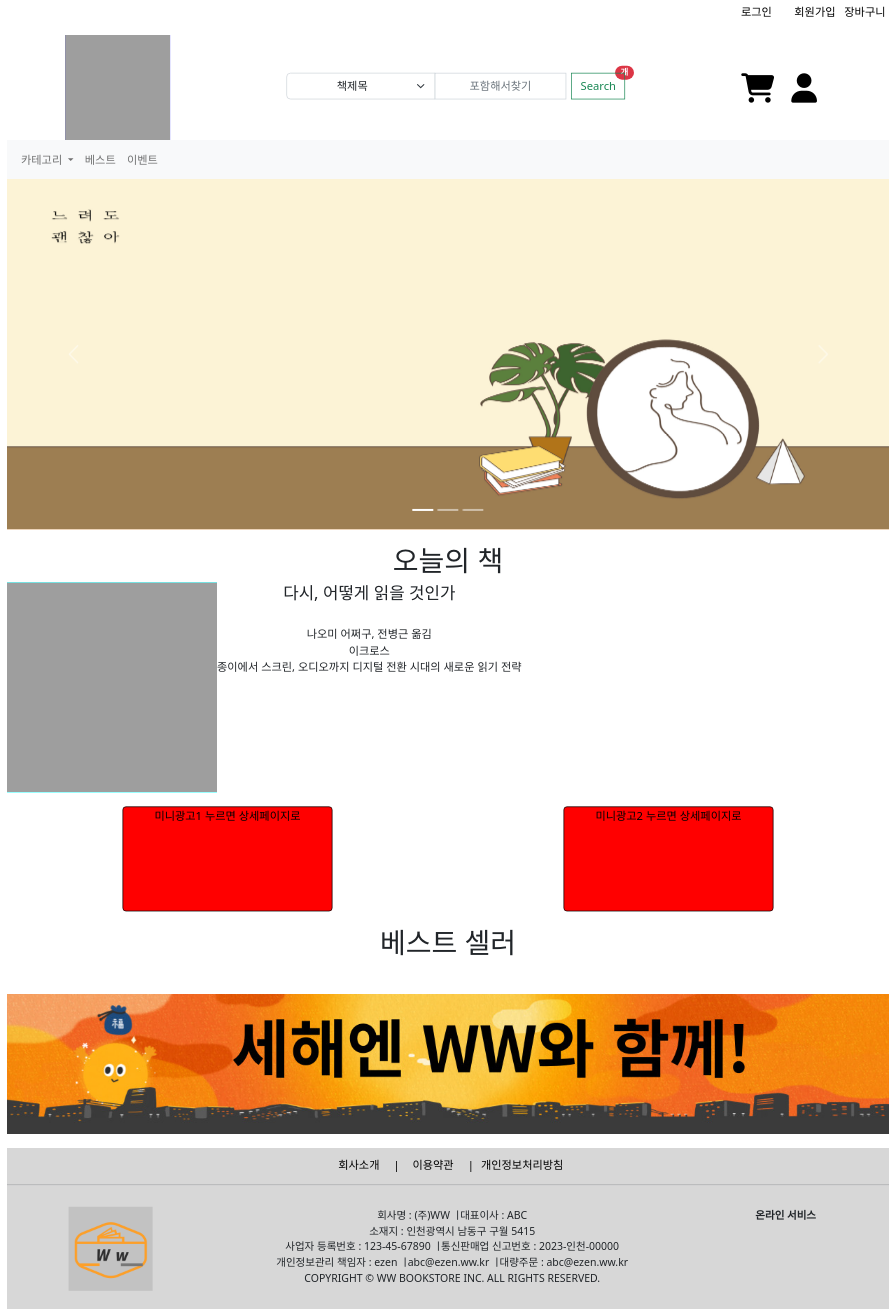
Repository: bongbongi/book1
Page: http://localhost/book/WEB-INF/views/home.jsp
An editor plug-in stored every save of this project. The page is shown before and after the next save, followed by the edit.
The browser window is 1280 px wide. The pictures show the whole page, at 70% of full size.
Pictures or frames that could not be fetched are drawn as grey boxes. Some web libraries are served in a nearby version. The page is served by Tomcat 9. Nobody is signed in. Other server files are loaded and not shown. The template is opened directly, without the code that normally fills it, so the values that code supplies are empty.

Above is the page before, as saved 2023-01-09 16:53:02.

### book/src/main/webapp/WEB-INF/views/home.jsp
<%@ page language="java" contentType="text/html; charset=UTF-8"
	pageEncoding="UTF-8"%>
<%@ taglib uri="http://java.sun.com/jsp/jstl/core" prefix="c"%>
<%@ page import="java.net.URLEncoder"%>
<%@ page import="java.net.URL"%>
<%@ page import="java.net.HttpURLConnection"%>
<%@ page import="java.io.BufferedReader"%>
<%@ page import="java.io.InputStreamReader"%>

<html>
<!-- CSS only -->
<link
	href="https://cdn.jsdelivr.net/npm/bootstrap@5.2.2/dist/css/bootstrap.min.css"
	rel="stylesheet"
	integrity="sha384-Zenh87qX5JnK2Jl0vWa8Ck2rdkQ2Bzep5IDxbcnCeuOxjzrPF/et3URy9Bv1WTRi"
	crossorigin="anonymous">
<!-- JavaScript Bundle with Popper -->
<script
	src="https://cdn.jsdelivr.net/npm/bootstrap@5.2.2/dist/js/bootstrap.bundle.min.js"
	integrity="sha384-OERcA2EqjJCMA+/3y+gxIOqMEjwtxJY7qPCqsdltbNJuaOe923+mo//f6V8Qbsw3"
	crossorigin="anonymous"></script>
<script src="https://kit.fontawesome.com/92e616dfba.js" crossorigin="anonymous"></script>
<meta charset="UTF-8">
<head>
<title>Home</title>
<style>
* {
	text-align: center;
}

.home_main {
	margin:0 auto;
	width: 1260px;
}

body {


}

.slide {
	background-color: peru;
	margin: 0 auto;
	width: 1260px;
	height: 500px;
}

.todayBookImg {
	width: 300px;
	height: 300px;
	background-color: aqua;
}

.todayBookImg>img {
	width: 300px;
	height: 300px;
}

.todayBook {
	margin: 20px 0;
}

.todayBookIntroduce {
	margin: 0 auto;
	display: flex;
}

.Best_item {
	width: 230px;
	height: 310px;
	/* background-color: antiquewhite; */
	display: inline-block;
	vertical-align: top;
	margin-right: 10px;
	margin-bottom: 50px;

	border:1px solid darkgray;
	border-radius: 20px;
}

.img_box {
	width: 220px;
	height: 200px;
	/* background-color: lightgray; */
	margin: 5px;
}
.book_img{
	width: 180px;
	height: 200px;
}
.main_book_header{
	font-size:16px;
}
.main_book_writer{
	font-size:10px;
}

.BestSellerList {
	list-style: none;

	padding:0px;
	/* display: -moz-inline-box; */
}

.BestSellerList:nth-last-child(-n+5) {
	margin-top: 50px;
}

.bestSeller {
	/* display: flex; */

}

.d-block {
	height: 500px;
}
.rank>i{
	margin:5px;
	padding:0;

	text-align: center;
 /* 	text-align: left; */
}
.fa-1{
 font-size:15px;
 	margin-left:8px;
}
.foot-ad{
	background-color: purple;
	height: 200px;
	margin: 20px 0px;
}
.foot-ad>a>img{
	height: 200px;
}
.ad-one{
	margin: 20px 0;
	height: 150px;
	display: flex;
	justify-content: space-around;
}
.ad_mini_1,
.ad_mini_2{
	width: 300px;
	height:150px;
	background-color: red;
	border : 1px solid black;
	border-radius: 5px;
}
</style>
</head>
<body>
	<jsp:include page="./layout/header.jsp"></jsp:include>


	<div class="home_main">
		<nav class="navbar navbar-expand-lg bg-light">
			<div class="container-fluid">
				<!-- <a class="navbar-brand" href="#">Navbar</a> -->
				<button class="navbar-toggler" type="button"
					data-bs-toggle="collapse" data-bs-target="#navbarSupportedContent"
					aria-controls="navbarSupportedContent" aria-expanded="false"
					aria-label="Toggle navigation">
					<span class="navbar-toggler-icon"></span>
				</button>
				<div class="collapse navbar-collapse" id="navbarSupportedContent">
					<ul class="navbar-nav me-auto mb-2 mb-lg-0">
						<!-- <li class="nav-item">
                <a class="nav-link active" aria-current="page" href="#">이벤트</a>
              </li> -->
						<li class="nav-item dropdown"><a
							class="nav-link dropdown-toggle" href="#" role="button"
							data-bs-toggle="dropdown" aria-expanded="false"> 카테고리 </a>
							<ul class="dropdown-menu">
								<li><a class="dropdown-item" href="#">소설</a></li>
								<li><a class="dropdown-item" href="#">에세이</a></li>
								<li><hr class="dropdown-divider"></li>
								<li><a class="dropdown-item" href="#">문제집</a></li>
							</ul></li>
						<li class="nav-item"><a class="nav-link" href="#">베스트</a></li>
						<li class="nav-item"><a class="nav-link" href="#">이벤트</a></li>
					</ul>
				</div>
			</div>
		</nav>
		<div class="slide">
			<div id="carouselExampleCaptions" class="carousel slide"
				data-bs-ride="false">
				<div class="carousel-indicators">
					<button type="button" data-bs-target="#carouselExampleCaptions"
						data-bs-slide-to="0" class="active" aria-current="true"
						aria-label="Slide 1"></button>
					<button type="button" data-bs-target="#carouselExampleCaptions"
						data-bs-slide-to="1" aria-label="Slide 2"></button>
					<button type="button" data-bs-target="#carouselExampleCaptions"
						data-bs-slide-to="2" aria-label="Slide 3"></button>
				</div>
				<div class="carousel-inner">
					<div class="carousel-item active">
						<img
							src="../resources/img/main-slide-ad1.jpg"
							class="d-block w-100" alt="...">
					</div>
					<div class="carousel-item">
						<img
							src="../resources/img/main-slide-ad2.jpg"
							class="d-block w-100" alt="...">
					</div>
					<div class="carousel-item">
						<img
							src="../resources/img/main-slide-ad3.jpg"
							class="d-block w-100" alt="...">
					</div>
				</div>
				<button class="carousel-control-prev" type="button"
					data-bs-target="#carouselExampleCaptions" data-bs-slide="prev">
					<span class="carousel-control-prev-icon" aria-hidden="true"></span>
					<span class="visually-hidden">Previous</span>
				</button>
				<button class="carousel-control-next" type="button"
					data-bs-target="#carouselExampleCaptions" data-bs-slide="next">
					<span class="carousel-control-next-icon" aria-hidden="true"></span>
					<span class="visually-hidden">Next</span>
				</button>
			</div>
		</div>
		<div class="todayBook">
			<h1>오늘의 책</h1>
			<div class="todayBookIntroduce">
				<div class="todayBookImg">
					<img
						src="https://contents.kyobobook.co.kr/sih/fit-in/458x0/pdt/9791167740847.jpg">
				</div>
				<div>
					<h4>다시, 어떻게 읽을 것인가</h4><br>
					<span>나오미 어쩌구, 전병근 옮김</span><br>
					<span>이크로스</span><br>
					<span>
						종이에서 스크린, 오디오까지 디지털 전환 시대의 새로운 읽기 전략
					</span><br>

				</div>
			</div>
		</div>
		<div class="ad-one">
			<div class="ad_mini_1"><a href="#">미니광고1 누르면 상세페이지로</a></div>
			<div class="ad_mini_2"><a href="#">미니광고2 누르면 상세페이지로</a></div>
		</div>
		<h1>베스트 셀러</h1>
		<div class="BestSeller">
			<ul class="BestSellerList">
			<c:forEach items="${book_list}" var="list" begin="1" end="10">
				<li class="Best_item">
					<div class="rank">
						<i class="fa-solid fa-1"></i>
					</div>
					<div class="img_box">
						<a href="#">
							<img class="book_img" src="${list.book_image}">
						</a>
					</div>
					<div class="info_box">
						<span class="main_book_header">${list.book_title}</span>
						<Br>
						<span class="main_book_writer">${list.book_writer} : ${list.book_publisher}</span>
					</div>
				</li>
			</c:forEach>


			</ul>


		</div>
		<!-- 광고 -->
		<div class="foot-ad">
			<a href="#">
				<img src="../resources/img/newYearAD.jpg">
			</a>
		</div>
	</div>
	<jsp:include page="./layout/footer.jsp"></jsp:include>
</body>
</html>

### book/src/main/webapp/WEB-INF/views/layout/header.jsp
<%@ page language="java" contentType="text/html; charset=UTF-8" pageEncoding="UTF-8"%>
<%@ taglib uri="http://java.sun.com/jsp/jstl/core" prefix="c"%>
<link href="https://cdn.jsdelivr.net/npm/bootstrap@5.2.2/dist/css/bootstrap.min.css" rel="stylesheet" integrity="sha384-Zenh87qX5JnK2Jl0vWa8Ck2rdkQ2Bzep5IDxbcnCeuOxjzrPF/et3URy9Bv1WTRi" crossorigin="anonymous">
<script src="https://kit.fontawesome.com/92e616dfba.js" crossorigin="anonymous"></script>
<meta charset="UTF-8">
<!DOCTYPE html>
<html>
<head>
<style>
.header {
   margin: 0 auto;
   width: 1260px;
   height: 200px;
}

.menu {
   display: flex;
   justify-content: flex-end;
   padding: 5px;
}

.logo {
   width: 150px;
   height: 150px;
   background-color: blue;
}

.logo>a>img {
   width: 150px;
   height: 150px;
}

.searchBar {
   /* position:absolute; */
   width: 484px;
   height: 42px;
   /* background-color: gold; */
   margin-top: 54px;
   border-radius: 30px;
}

.bar {
   height: 150px;
   display: flex;
   flex-direction: row;
   flex-wrap: nowrap;
   justify-content: space-around;
   /*    align-items: baseline; */
}

.icons>a>i {
   font-size: 42px;
   color: black;
   margin-top: 54px;
   margin-right: 20px;
}
</style>
</head>
<body>
   <div class="header">
      <div class="menu">
         <c:if test="${ses.mem_id ==null}">
            <ul>
               <a href="/mem/loginPage">로그인</a>
            </ul>
            <ul>
               <a href="/mem/joinPage">회원가입</a>
            </ul>
         </c:if>
         <c:if test="${ses.mem_auth == '0' }">
            <ul>
               <a href="/mem/logOut">로그아웃</a>
            </ul>
            <ul>
               <a href="/mem/adminPage">관리인페이지</a>
            </ul>
         </c:if>
         <c:if test="${ses.mem_id !=null && ses.mem_auth !='0' }">
            <ul>
               <a href="/mem/logOut">로그아웃</a>
            </ul>
            <ul>
               <a href="/mem/mypage">마이페이지</a>
            </ul>
         </c:if>
         <%-- <ul>
            <a href="/cart/cartdetail?mem_num=${ses.mem_num}">장바구니</a>
         </ul> --%>
         <c:if test="${ses.mem_id !=null}">
         <ul>
            <a href="/cart/cartdetail?mem_num=${ses.mem_num}">장바구니</a>
         </ul>
         </c:if>
         <c:if test="${ses.mem_id == null}">
               <a href="/mem/loginPage" onclick="gologin(event)">&nbsp&nbsp&nbsp장바구니</a>
         </c:if>
      </div>
      <div class="bar">
         <div class="logo">
            <a href="/"><img src="/resources/img/logo.jpg" alt="로고"></a>
         </div>
         <div class="searchBar">
            <form action="/book/search" class="d-flex" role="search" method="get">
               <div class="input-group mb-3">
                  <!-- 값을 별도 저장 -->
                  <c:set value="${pgh.pgvo.type}" var="typed" />
                  <select class="form-select" name="type">
                     <option value="t" ${typed eq 't' ? 'selected' :'' }>책제목</option>
                     <option value="c" ${typed eq 'c' ? 'selected' :'' }>작가이름</option>
                     <option value="w" ${typed eq 'w' ? 'selected' :'' }>출판사</option>
                  </select> <input class="form-control me-2" type="text" name="keyword" placeholder="포함해서찾기"> <input type="hidden" name="pageNo" value="1"> <input type="hidden" name="qty" value="10">
                  <button class="btn btn-outline-success" type="submit">Search</button>
                  <span class="position-absolute top-0 start-100 translate-middle badge rounded-pill bg-danger"> ${pgh.totalCount}개 <span class="visually-hidden">unread messages</span>
                  </span>
               </div>
            </form>
         </div>
         <div class="icons">
            <!-- 로그인 되었을때 -->
            <c:if test="${ses.mem_id !=null}">
            <a href="/cart/cartdetail?mem_num=${ses.mem_num}">
               <i class="fa-solid fa-cart-shopping"></i>
            </a>
            </c:if>
            <!-- 로그인 안되었을때 -->
            <c:if test="${ses.mem_id == null}">
            <a href="/mem/loginPage" onclick="gologin(event)">
               <i class="fa-solid fa-cart-shopping"></i>
            </a>
            </c:if>

            <c:if test="${ses.mem_auth == '0' }">
               <a href="/mem/adminPage">
                  <i class="fa-solid fa-user"></i>
               </a>
            </c:if>
            <c:if test="${ses.mem_auth != '0' }">
               <a href="/mem/mypage">
                  <i class="fa-solid fa-user"></i>
               </a>
            </c:if>

         </div>
      </div>
   </div>

   <script type="text/javascript">
      function gologin(event) {
         alert("로그인이 필요합니다!");
      }
      </script>
</body>
</html>

### book/src/main/webapp/WEB-INF/views/layout/footer.jsp
<%@ page language="java" contentType="text/html; charset=UTF-8"
   pageEncoding="UTF-8"%>
   <%@ taglib uri="http://java.sun.com/jsp/jstl/core" prefix="c"%>
<!DOCTYPE html>
<html>
<head>
<meta charset="UTF-8">
<title>Insert title here</title>
<style>
.footer {
   width: 1260px;
   height: 230px;
   background-color: rgba(175, 175, 175, 0.5);
   margin: 0 auto;
}

.footer-logo {

   width: 120px;
   height: 120px;
   background-color: beige;
}
.footer-logo>img{
   width: 120px;
   height: 120px;
}

.address-box {
   text-align: left;
   padding: 0;
   margin: 0;
}

.address {
   padding: 15px;
   height: 150px;
   display: flex;
   font-size: 15px;
   /* align-items: baseline; */
   flex-direction: row;
   flex-wrap: nowrap;
   justify-content: space-around;
}

ul {
   list-style: none;
}

.footer, .address li {

}

.footer-top {
   text-align: center;
   padding-top: 12px;
}

.footer-top>ul {
   margin: 0;
   padding: 0;
   display: flex;
   justify-content: center;
}

.footer-top>li {
   margin: 0;
   padding: 0;
}

a {
   text-decoration-line: none;
   color: black;
}

a:visited {
   text-decoration: none;
}

a:hover {
   text-decoration: none;
}

a:focus {
   text-decoration: none;
}

a:hover, a:active {
   text-decoration: none;
}

.online-serviceBar {
   padding: 0px;
   margin-left: 20px;
   width: 120px;
   height: 120px;
}

.online-serviceBar>ul {
   margin: 0px;
   padding: 0px;
}

</style>

</head>

<body>
   <div class="footer">
      <div class="footer-top">
         <ul>
            <li><a href="/introduce">회사소개 　|　 </a></li>
            <li><a href="/tos">이용약관 　| 　</a></li>
            <li><a href="/pp">개인정보처리방침</a></li>
         </ul>
      </div>
      <hr>
      <div class="address">
         <div class="footer-logo">
            <img src="../resources/img/logo2.png" alt="로고">
         </div>
         <div class="address-box">
            <ul>
               <li>회사명 : (주)WW <span style="margin-right: -7px;">ㅣ</span>
                  대표이사 : ABC
               </li>

               <li>소재지 : 인천광역시 남동구 구월 5415</li>
               <li>사업자 등록번호 : 123-45-67890 <span style="margin-right: -7px;">ㅣ</span>
                  통신판매업 신고번호 : 2023-인천-00000
               </li>

               <li>개인정보관리 책임자 : ezen <span style="margin-right: -7px;">ㅣ</span>
                  abc@ezen.ww.kr <span style="margin-right: -7px;">ㅣ</span> 대량주문 :
                  abc@ezen.ww.kr
               </li>

               <li>COPYRIGHT © WW BOOKSTORE INC. ALL RIGHTS RESERVED.</li>

            </ul>

         </div>
         <div class="online-serviceBar">
            <strong>온라인 서비스</strong>
            <c:if test="${ses.mem_auth eq 1}">
            <ul>
               <li><a href="/mem/mypage">마이페이지</a></li>
               <li><a href="/ntc/noticeOnly">공지사항</a></li>
               <li><a href="/board/list">1대1문의</a></li>
               <li><a href="/faq/faqListOnly">FAQ</a></li>
            </ul>
            </c:if>
            <c:if test="${ses.mem_auth eq 0}">
            <ul>
               <li><a href="/" onclick="gologin(event)">마이페이지</a></li>
               <li><a href="/ntc/noticeOnly">공지사항</a></li>
               <li><a href="/" onclick="gologin(event)">1대1문의</a></li>
               <li><a href="/faq/faqListOnly">FAQ</a></li>
            </ul>

            </c:if>
         </div>
      </div>
   </div>

   <script type="text/javascript">

   function gologin(event) {
      alert("일반회원 영역입니다")
   }



   </script>

</body>
</html>

After the next save:
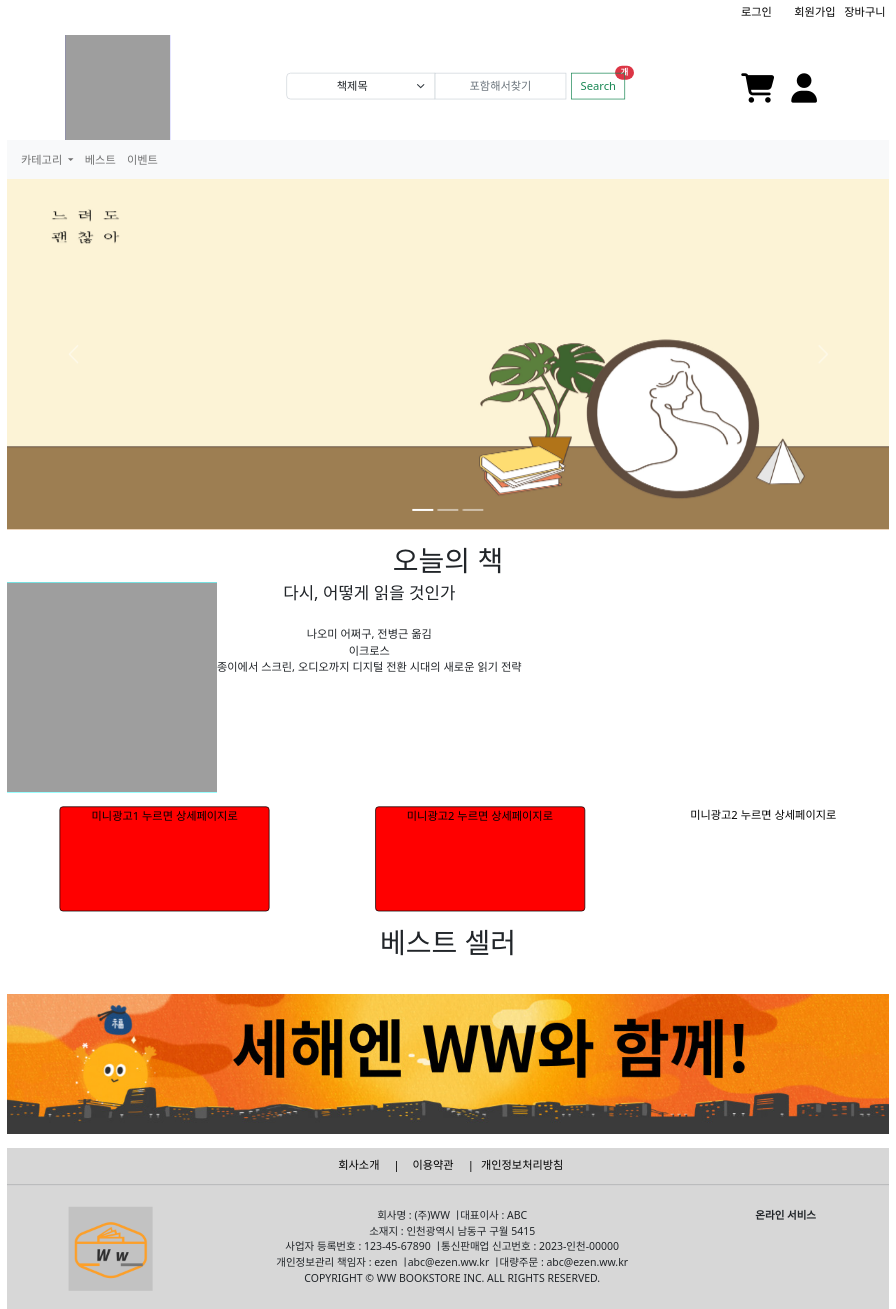
Saved 23 s later.
--- a/book/src/main/webapp/WEB-INF/views/home.jsp
+++ b/book/src/main/webapp/WEB-INF/views/home.jsp
@@ -245,6 +245,7 @@ body {
 		<div class="ad-one">
 			<div class="ad_mini_1"><a href="#">미니광고1 누르면 상세페이지로</a></div>
 			<div class="ad_mini_2"><a href="#">미니광고2 누르면 상세페이지로</a></div>
+			<div class="ad_mini_3"><a href="#">미니광고2 누르면 상세페이지로</a></div>
 		</div>
 		<h1>베스트 셀러</h1>
 		<div class="BestSeller">
